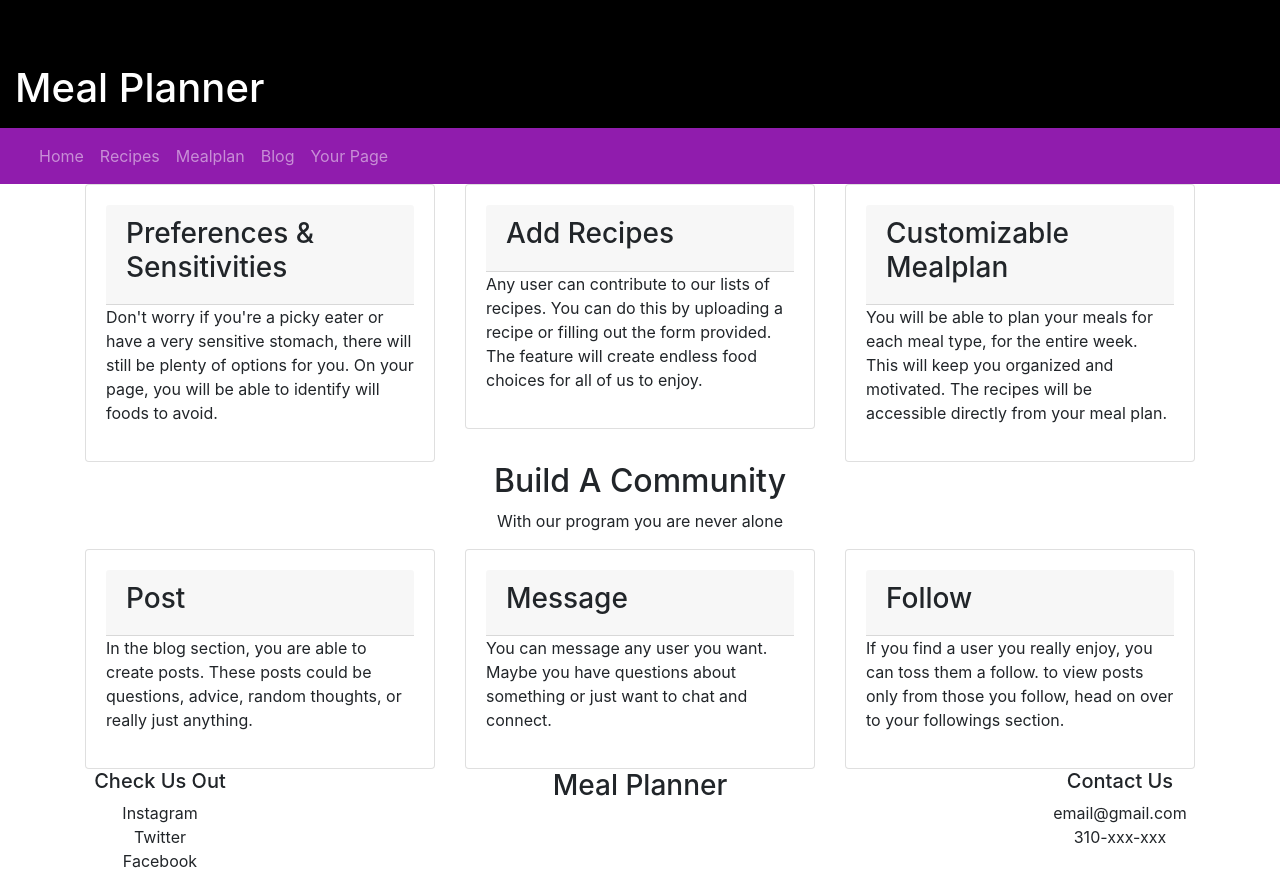
Repository: madisonisfan/mealplanner-react
Page: /
The author's editor kept a copy of each file at every save. The page is drawn from the files as they stood at one save, then again after the next save.
The browser window is 1280 px wide. The pictures show the whole page.
The project was rebuilt for these pictures with package versions that can differ from the ones it lists, and the page was loaded fresh each time.

Above is the page before, as saved 2021-04-18 14:04:22.

After the next save:
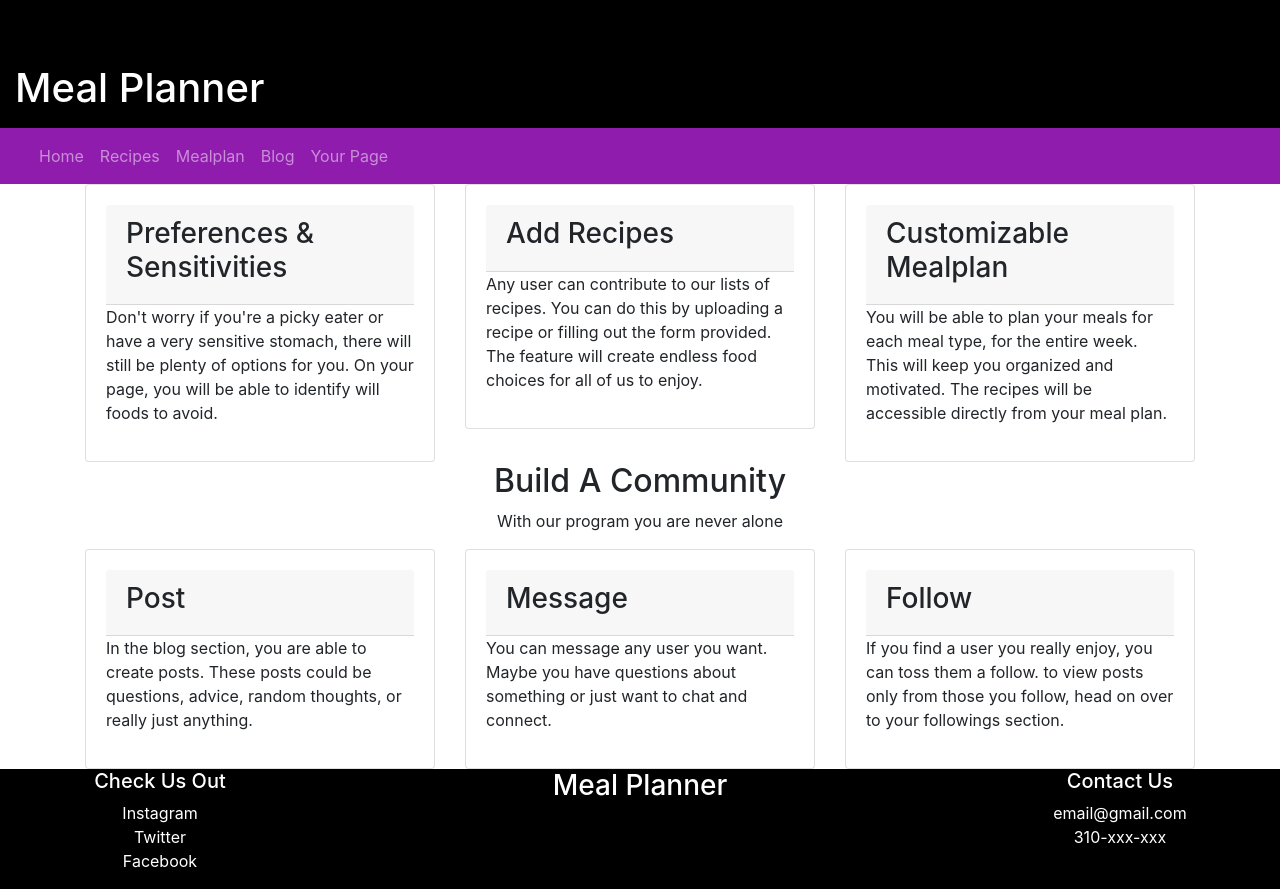
Saved 23 s later.
--- a/src/App.css
+++ b/src/App.css
@@ -9,3 +9,8 @@
   background-color: #901cad;
   color: white;
 }
+
+.site-footer {
+  background-color: black;
+  color: white;
+}
